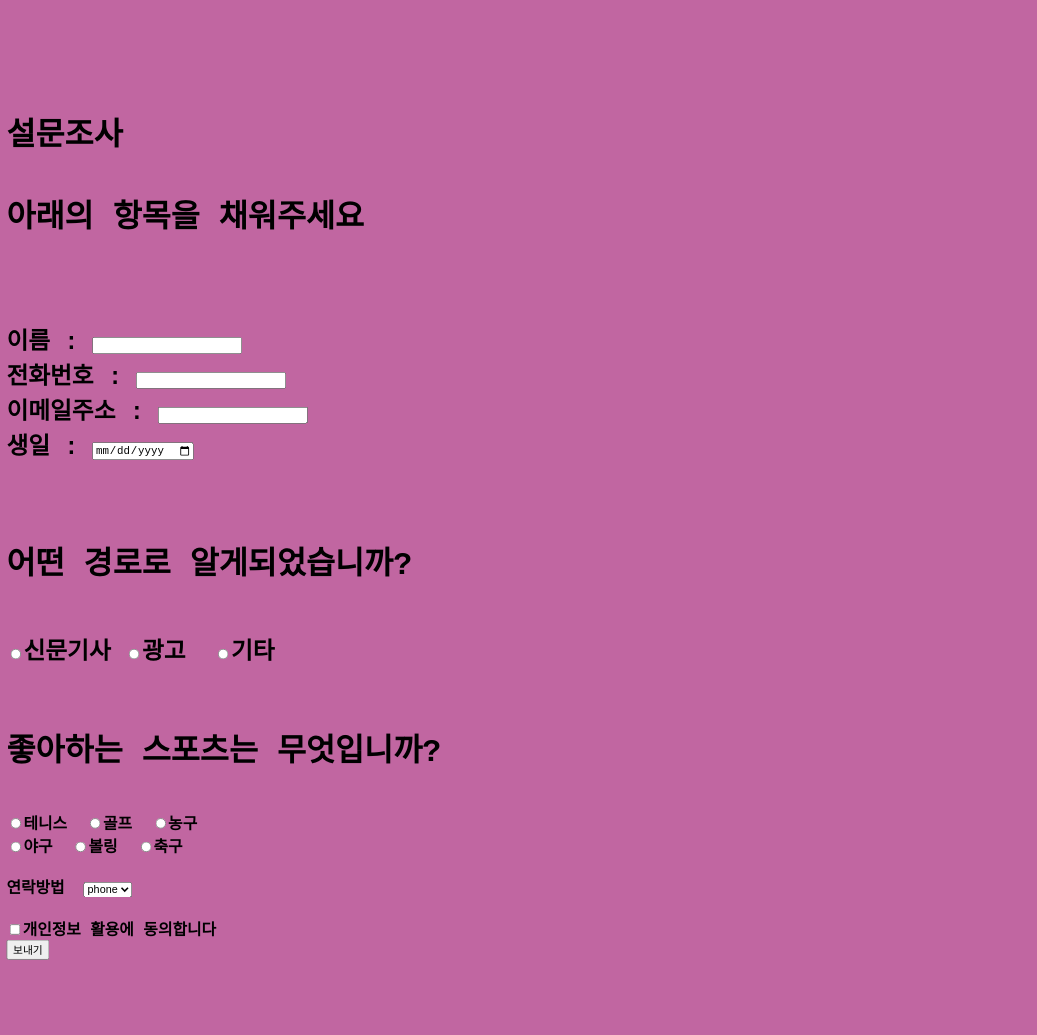
Repository: violetaplum/eclipseJSP
Page: http://localhost/JSP/jsp_DB/dao.jsp
These files come from the project's save history. The page is drawn as it stood at one moment and after the next save; the edit follows.
The browser window is 1280 px wide. The pictures show the whole page, at 81% of full size.
The page is served by Tomcat 9.

Above is the page before, as saved 2019-06-12 10:05:46.

After the next save:
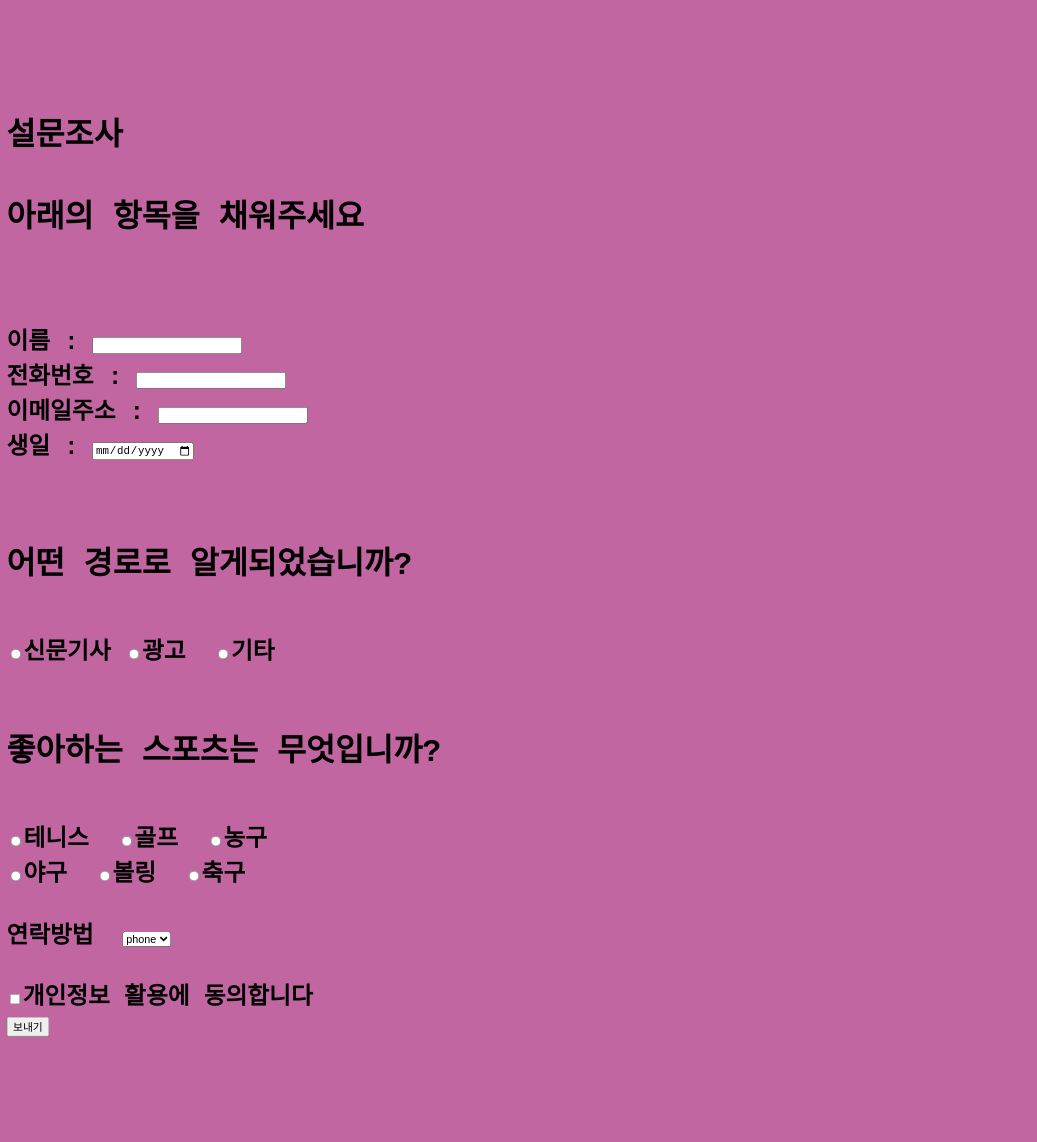
Saved 6 s later.
--- a/JSP/WebContent/jsp_DB/dao.jsp
+++ b/JSP/WebContent/jsp_DB/dao.jsp
@@ -47,7 +47,7 @@ ArrayList<TelInfoVO> tiArray = tidao.getAllInfo();
 <h1>어떤 경로로 알게되었습니까?</h1><h2>
 <input type="radio" name="radio1" value="신문기사"/>신문기사 <input type="radio" name="radio1" value="광고"/>광고  <input type="radio" name="radio1" value="기타" />기타
 </h2>
-<h1>좋아하는 스포츠는 무엇입니까?</h1>
+<h1>좋아하는 스포츠는 무엇입니까?</h1><h2>
 <input type="radio" name="radio2" value="테니스" />테니스  <input type="radio" name="radio2" value="골프" />골프  <input type="radio" name="radio2" value="농구" />농구
 <input type="radio" name="radio2" value="야구" />야구  <input type="radio" name="radio2" value="볼링" />볼링  <input type="radio" name="radio2" value="축구" />축구
 
